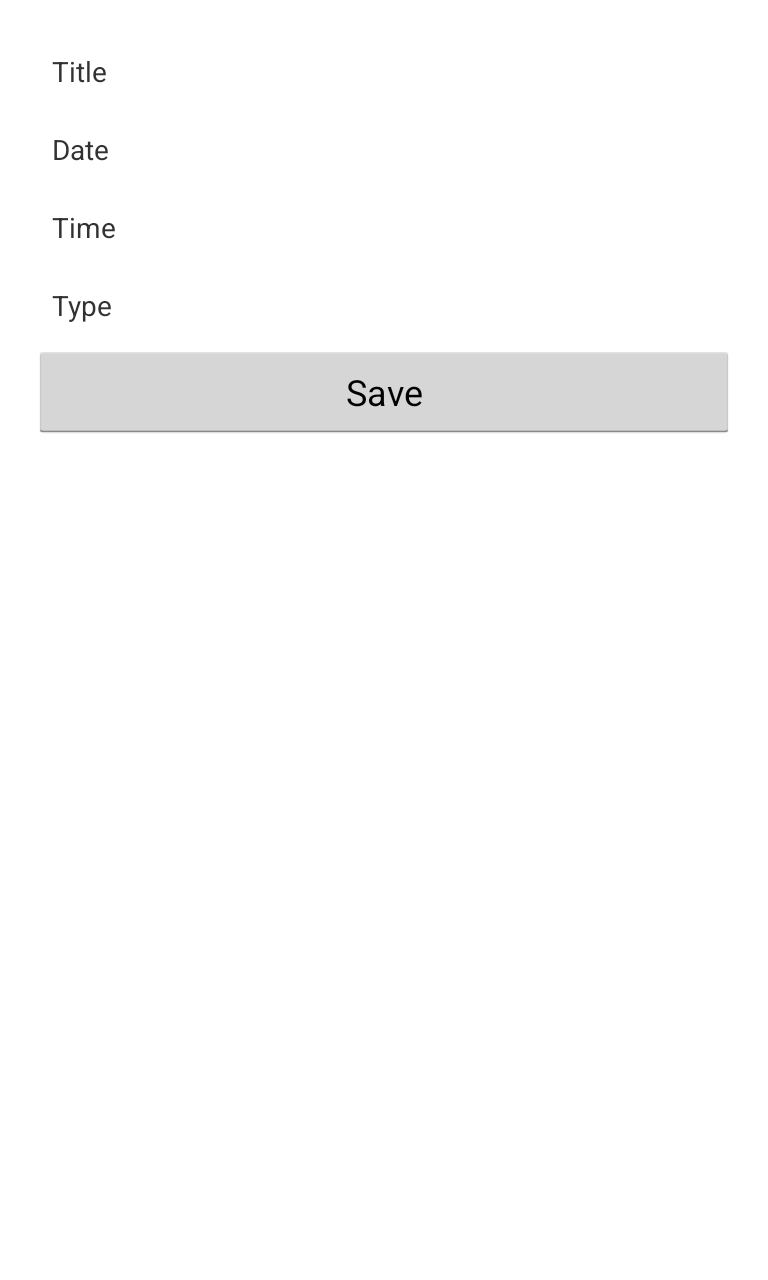
Repository: anoopsebastian/android
Layout: android workspace/Reminder/res/layout/home_page.xml
An editor plug-in stored every save of this project. The layout is shown before and after the next save, followed by the edit.
It is drawn on a 768 x 1280 px phone screen (xhdpi) without system bars, with theme AppTheme; the app's code is not run.

Above is the layout before, as saved 2013-09-28 14:24:12.

After the next save:
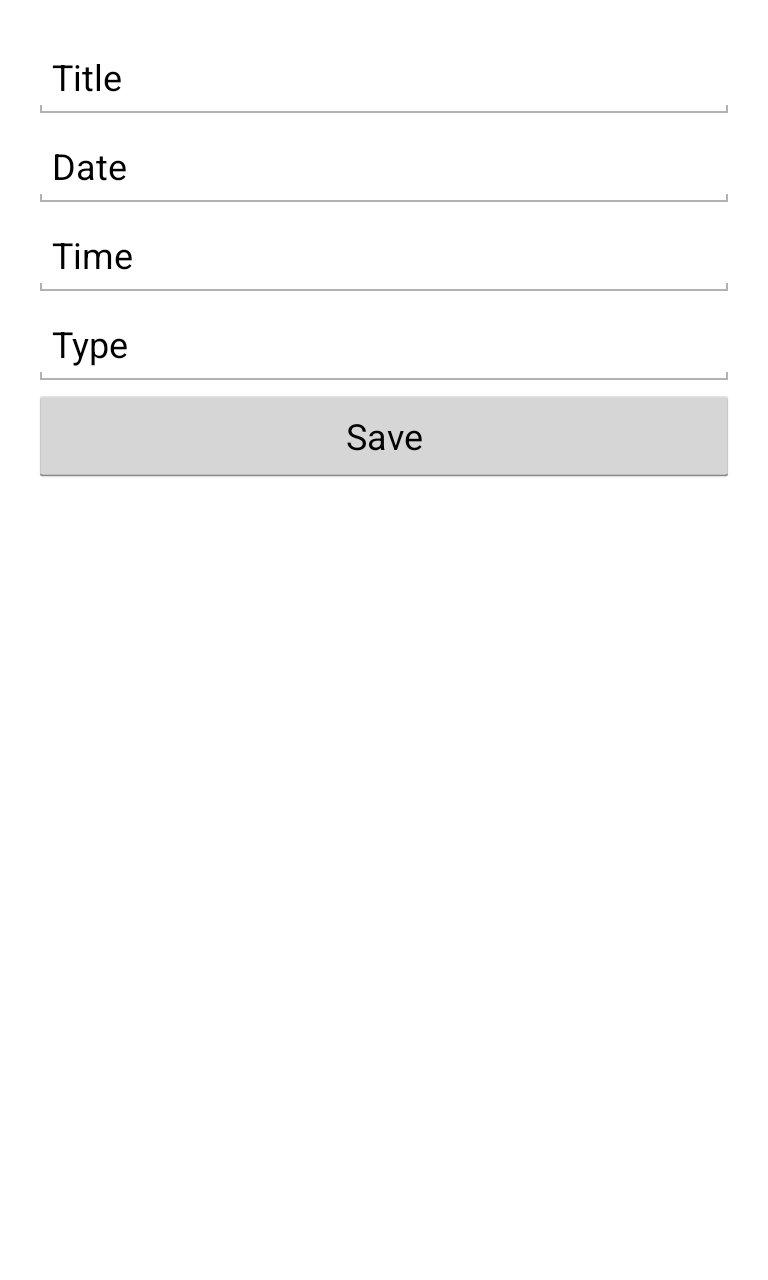
Saved 3 min 1 s later.
--- a/android workspace/Reminder/res/layout/home_page.xml
+++ b/android workspace/Reminder/res/layout/home_page.xml
@@ -9,28 +9,28 @@
     android:paddingTop="@dimen/activity_vertical_margin"
     tools:context=".HomePage" >
 
-    <TextView
+    <EditText
         android:id="@+id/title"
         android:layout_width="match_parent"
         android:layout_height="wrap_content"
         android:padding="10dp"
         android:text="Title"/>
 
-   <TextView
+   <EditText
         android:id="@+id/date"
         android:layout_width="match_parent"
         android:layout_height="wrap_content"
         android:padding="10dp"
         android:text="Date"/>
 
-   <TextView
+   <EditText
         android:id="@+id/time"
         android:layout_width="match_parent"
         android:layout_height="wrap_content"
         android:padding="10dp"
         android:text="Time"/>
 
-   <TextView
+   <EditText
         android:id="@+id/type"
         android:layout_width="match_parent"
         android:layout_height="wrap_content"
